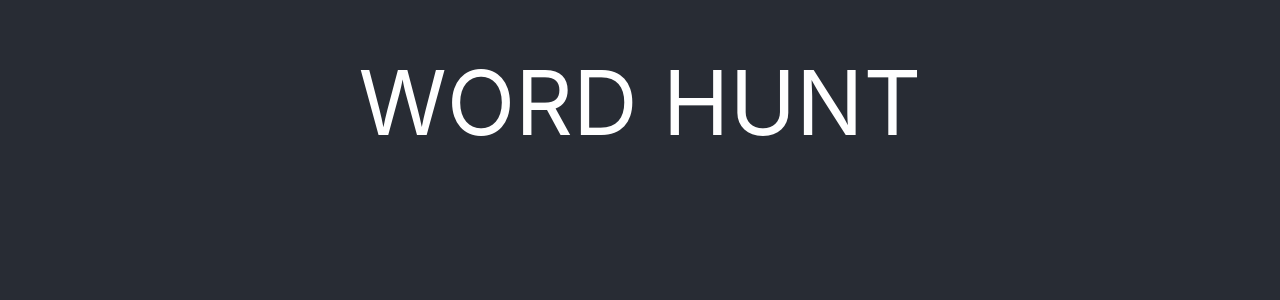
Repository: om1ars/react-translator
Page: /
These files come from the project's save history. The page is drawn as it stood at one moment and after a run of saves; the edit follows.
The browser window is 1280 px wide. The pictures show the whole page.
The page's requests for data from a server got no answer. The project was rebuilt for these pictures with package versions that can differ from the ones it lists, and the page was loaded fresh each time. No one was signed in, and anything a server would have sent is missing.

Above is the page before, as saved 2021-10-06 22:09:11.

### src/App.js
import "./App.css";
import { useEffect, useState } from "react";
import axios from "axios";
import { Container } from "@material-ui/core";
import { Header } from "./components/Header/Header";

function App() {
  const [word, setword] = useState("");
  const [meanings, setmeanings] = useState([]);
  const dictionaryApi = async () => {
    try {
      const data = await axios.get(
        "https://api.dictionaryapi.dev/api/v2/entries/en/plane"
      );

      // console.log(data);
      setmeanings(data.data);
    } catch (error) {
      console.log(error);
    }
  };

  console.log(meanings);
  useEffect(() => {
    dictionaryApi();
  }, []);

  return (
    <div
      className="App"
      style={{ height: "100vh", backgroundColor: "#282c34", color: "white" }}
    >
      <Container
        maxWidth="md"
        style={{ display: "flex", flexDirection: "column", height: "100vh" , }}
      >
        <Header />
      </Container>
    </div>
  );
}

export default App;

### src/components/Header/Header.js
import React from 'react'
import './Header.css'

export const Header = () => {
    return (
        <div className='header'>
            <span className="title">Word Hunt</span>
            <div className="inputs">

            </div>
        </div>
    )
}

### src/components/Header/Header.css
.title{
    font-size: 7vw;
    text-transform: uppercase;
    color: white;
}
.header {
    display: flex;
    align-items: center;
    justify-content: space-evenly;
    flex-direction: column;
    height: 35vh;
    width: 100%;
}

Loaded but not shown: public/index.html (common file); src/index.js (common file); src/index.css (common file); src/reportWebVitals.js (common file); src/App.css (common file)

After the next 2 saves:
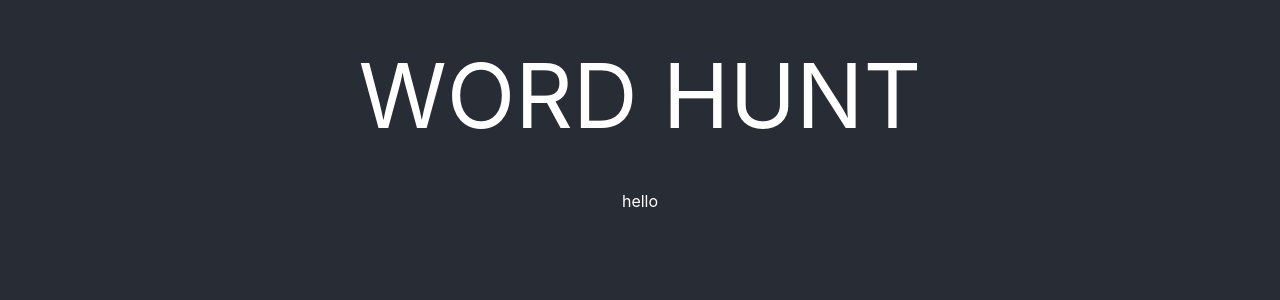
The 2 saves are shown as one change because they came seconds apart.
The last was saved 26 s later.
--- a/src/components/Header/Header.js
+++ b/src/components/Header/Header.js
@@ -6,7 +6,7 @@
         <div className='header'>
             <span className="title">Word Hunt</span>
             <div className="inputs">
-
+                hello
             </div>
         </div>
     )

After the save that followed:
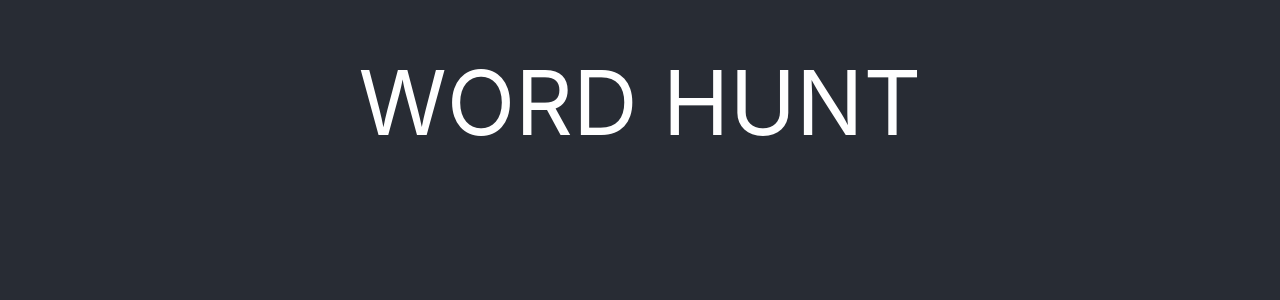
Saved 49 s later.
--- a/src/components/Header/Header.js
+++ b/src/components/Header/Header.js
@@ -6,7 +6,7 @@
         <div className='header'>
             <span className="title">Word Hunt</span>
             <div className="inputs">
-                hello
+
             </div>
         </div>
     )
